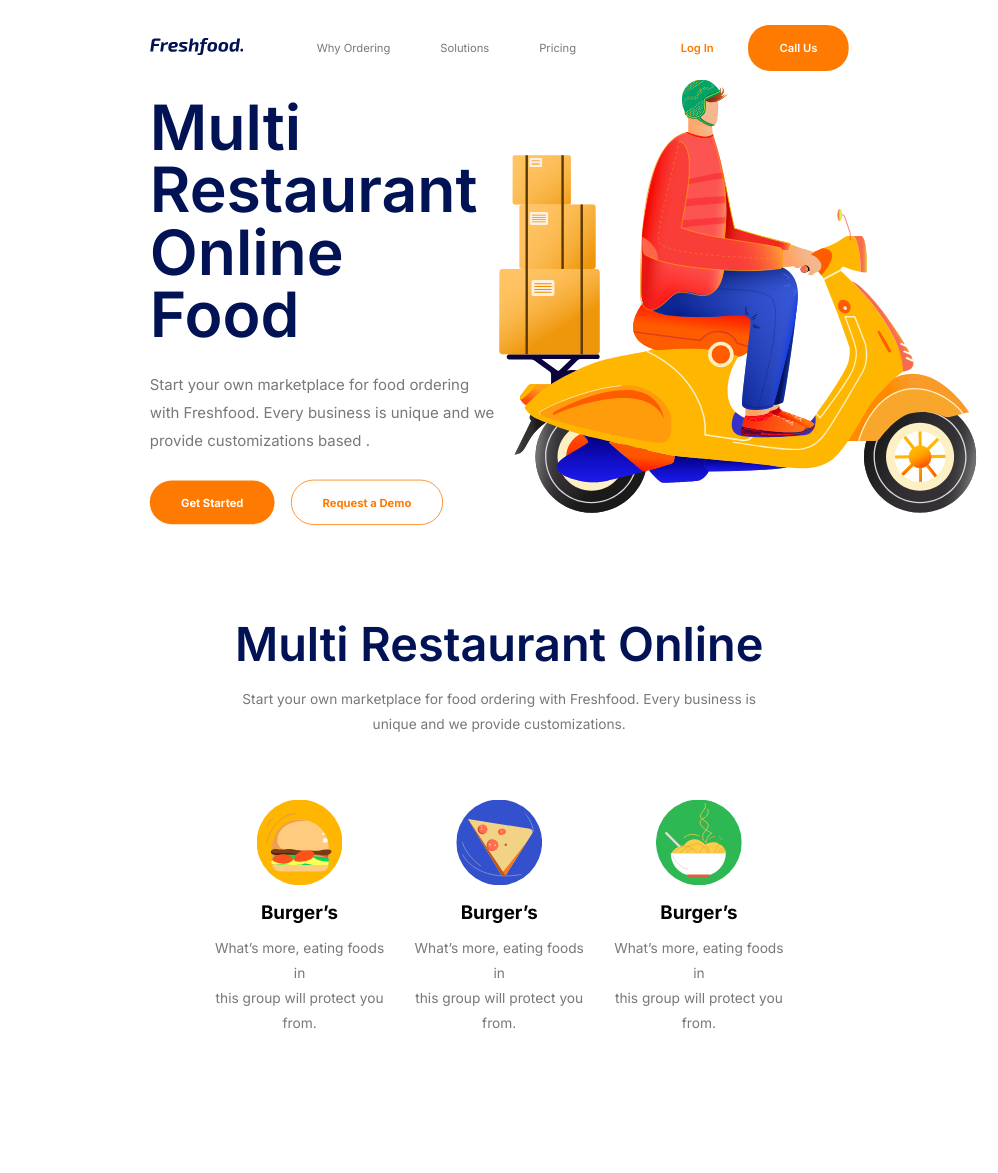
Repository: badhon252/FreshFood
Page: index.html
The author's editor kept a copy of each file at every save. The page is drawn from the files as they stood at one save, then again after the next save.
The browser window is 1280 px wide. The pictures show the whole page, at 78% of full size.
The style sheet was rebuilt from its Sass, Less or Tailwind sources for each picture, by a compiler version that may differ from the author's.

Above is the page before, as saved 2022-09-06 00:51:13.

After the next save:
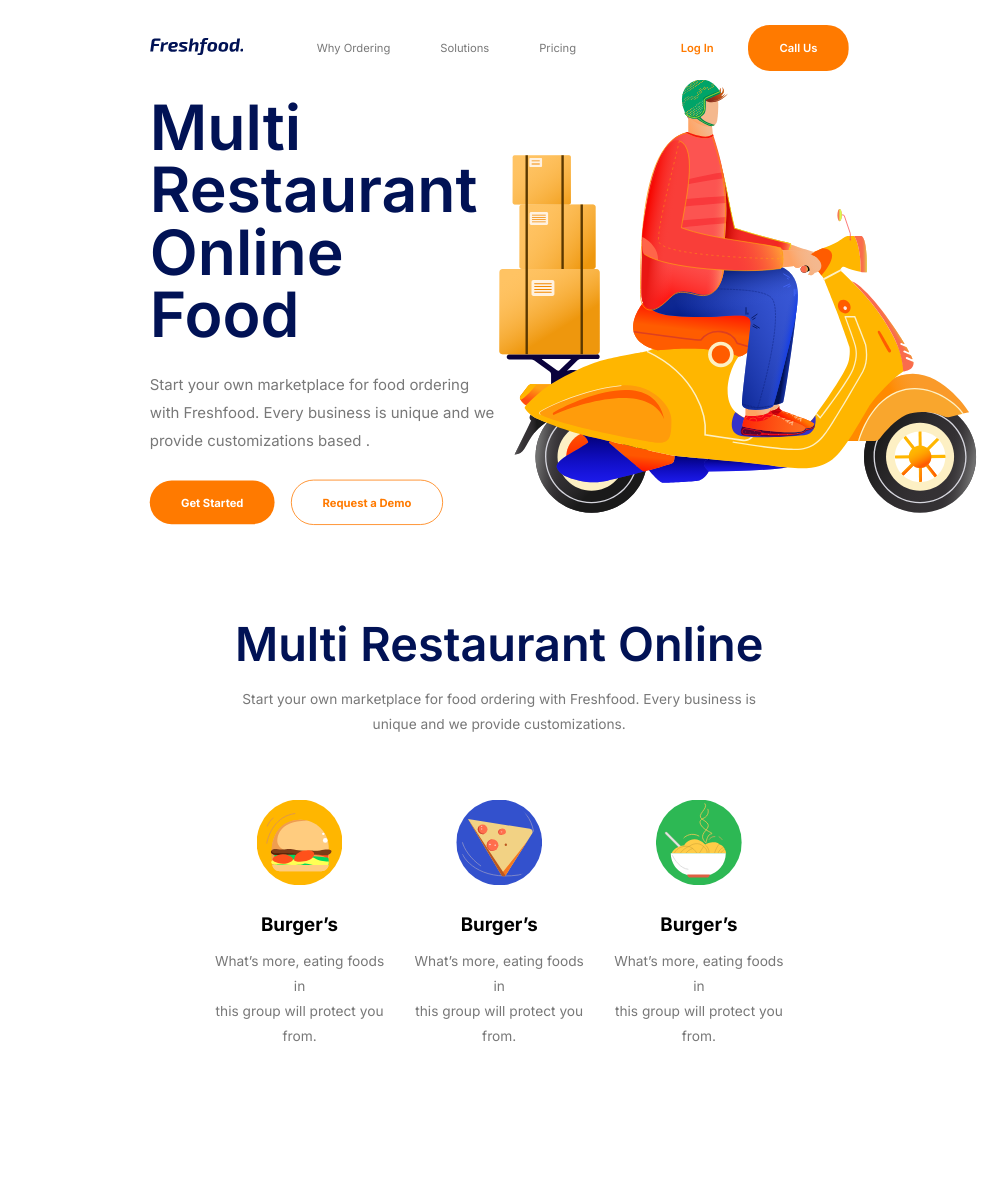
Saved 30 s later.
--- a/index.html
+++ b/index.html
@@ -51,17 +51,17 @@
         <div class="row my-4">
             <div class="col-md-4">
                 <img src="./images/Group 4463.svg" alt="" class="my-1">
-                <h2>Burger’s</h2>
+                <h2 class="my-1">Burger’s</h2>
                 <p>What’s more, eating foods in <br> this group will protect you <br> from.</p>
             </div>
             <div class="col-md-4">
                 <img src="./images/Group 4461.svg" alt="" class="my-1">
-                <h2>Burger’s</h2>
+                <h2 class="my-1">Burger’s</h2>
                 <p>What’s more, eating foods in <br> this group will protect you <br> from.</p>
             </div>
             <div class="col-md-4">
                 <img src="./images/Group 4467.svg" alt="" class="my-1">
-                <h2>Burger’s</h2>
+                <h2 class="my-1">Burger’s</h2>
                 <p>What’s more, eating foods in <br> this group will protect you <br> from.</p>
             </div>
 
